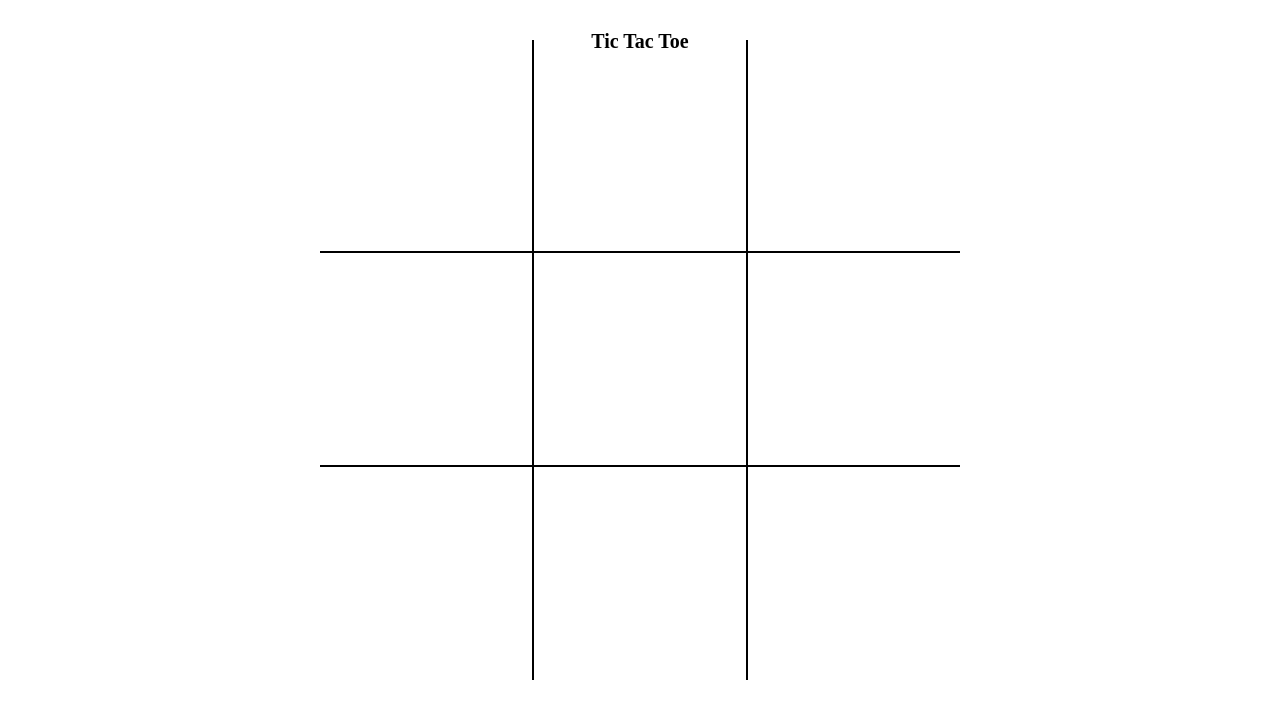
Repository: baumanmilosz/tictactoe
Page: index.html
The author's editor kept a copy of each file at every save. The page is drawn from the files as they stood at one save, then again after a run of saves.
The browser window is 1280 px wide. The pictures show the whole page.

Above is the page before, as saved 2019-02-21 16:49:18.

### index.html
<!DOCTYPE html>
<html lang="en">

<head>
  <meta charset="UTF-8">
  <meta name="viewport" content="width=device-width, initial-scale=1.0">
  <meta http-equiv="X-UA-Compatible" content="ie=edge">
  <link rel="stylesheet" href="./style.css">
  <title>Tic Tac Toe</title>
</head>

<body>
  <header class="game-header">
    <h1 class="game-title">Tic Tac Toe</h1>
  </header>
  <div class="board">
    <div class="row">
      <div class="box"></div>
      <div class="box"></div>
      <div class="box"></div>
    </div>
    <div class="row">
      <div class="box"></div>
      <div class="box"></div>
      <div class="box"></div>
    </div>
    <div class="row">
      <div class="box"></div>
      <div class="box"></div>
      <div class="box"></div>
    </div>
  </div>

  <script src="./script.js"></script>
</body>

</html>

### style.css
* {
  margin: 0;
  padding: 0;
  box-sizing: border-box;
}

html {
  font-size: 10px;
}

body {
  position: relative;
  height: 100vh;
}

.game-header {
  padding: 3rem 0;
  text-align: center;
}

.board {
  display: flex;
  flex-wrap: wrap;
  justify-content: center;
  align-items: center;
  position: absolute;
  left: 50%;
  top: 50%;
  transform: translate(-50%, -50%);
  width: 50vw;
  height: 50vw;
}

.row {
  width: 100%;
  height: 33.3%;
  display: flex;
  cursor: pointer;
}

.row:nth-child(1), .row:nth-child(2) {
  border-bottom: 2px solid black;
}

.box {
  position: relative;
  width: 100%;
  height: 100%;
}

.row > .box:nth-child(1), .row > .box:nth-child(2) {
  border-right: 2px solid black;
}

.box.circle:before, .box.cross::after {
  position: absolute;
  left: 50%;
  top: 50%;
  transform: translate(-50%,-50%);
  font-size: 40px;
}

.box.circle:before{
  content: 'X';
}

.box.cross::after{
  content: 'O';
}

### script.js
const boxes = document.querySelectorAll('.box');

let oddPlayer = true;

boxes.forEach(box => box.addEventListener('click', () => {
  if (box.classList.contains('circle') || box.classList.contains('cross')) return;
  oddPlayer ? box.classList.add('circle') : box.classList.add('cross');
  oddPlayer = !oddPlayer;
}));

After the next 2 saves:
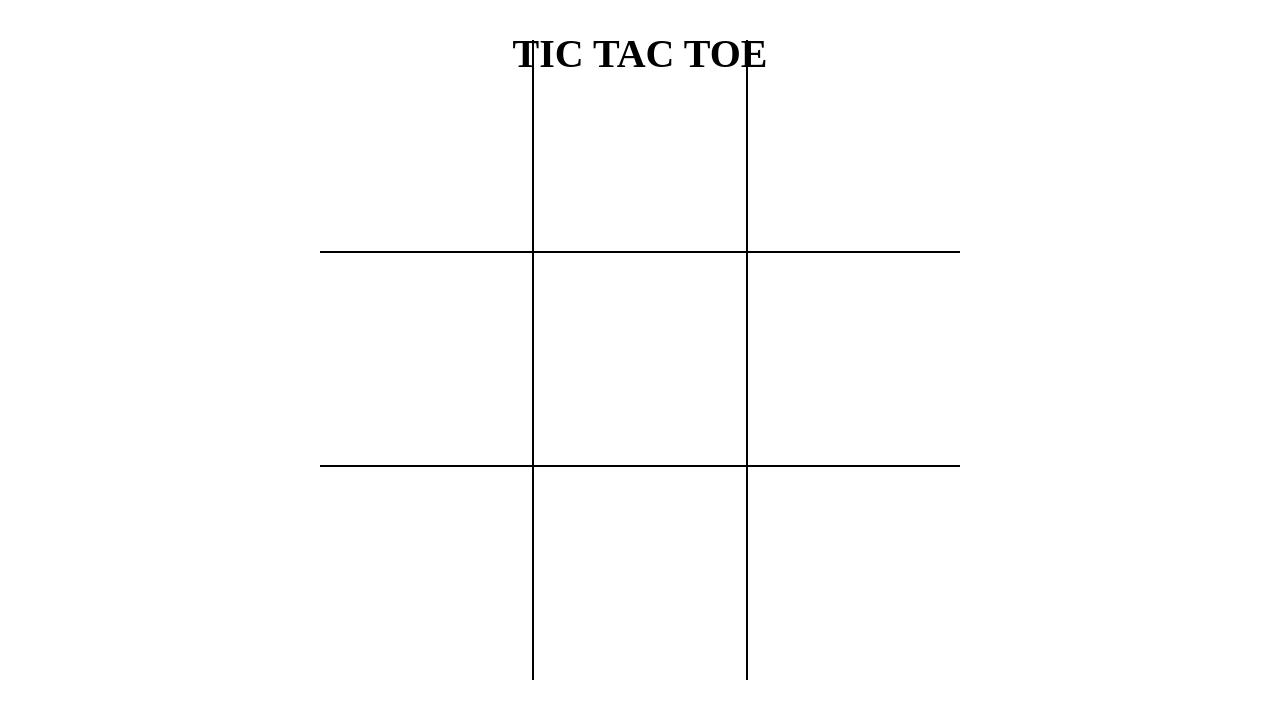
The 2 saves are shown as one change because they came seconds apart.
The last was saved 19 s later.
--- a/style.css
+++ b/style.css
@@ -16,6 +16,11 @@ body {
 .game-header {
   padding: 3rem 0;
   text-align: center;
+}
+
+.game-header .game-title {
+  font-size: 4rem;
+  text-transform: uppercase;
 }
 
 .board {
